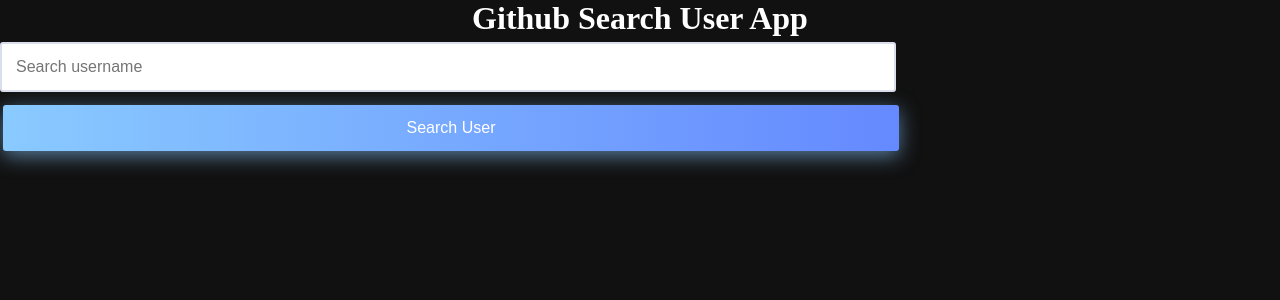
Repository: solox-cyber/Github-search-user
Page: index.html
The author's editor kept a copy of each file at every save. The page is drawn from the files as they stood at one save, then again after a run of saves.
The browser window is 1280 px wide. The pictures show the whole page.

Above is the page before, as saved 2023-03-25 18:51:11.

### index.html
<!DOCTYPE html>
<html lang="en">

<head>
    <meta charset="UTF-8">
    <meta http-equiv="X-UA-Compatible" content="IE=edge">
    <meta name="viewport" content="width=device-width, initial-scale=1.0">
    <title>Github Search User Using Github API</title>
    <link rel="stylesheet" href="style.css">
</head>

<body>
    <div class="container">
        <h1>
            Github Search User App
        </h1>
        <form id="myForm" autocomplete="off">
            <div class="form-group">
                <input type="text" name="" class="form-control" placeholder="Search username" id="search" required>
            </div>
            <div class="form-group">
                <button class="btn btn-danger btn-block">
                    Search User
                </button>
            </div>
        </form>

    <div id="result"></div>
    </div>


        <script src="script.js"></script>
</body>

</html>

### style.css
*{
    margin: 0;
    padding: 0;
    box-sizing: border-box;
}

body{
    background-color: #111;
    color: #fff;
    width: 100%;
    height:100vh
}
.container{
    position: relative;

}

.container h1{
    text-align: center;
}


form .form-group{
    align-items:center;
    justify-content: center;
}

input,
    button {
      width: 70%;
      border: none;
      padding: 14px;
      border-radius: 3px;
      margin: 3px;
      justify-content: center;
    }

    input {
        border: 2px solid #DADDEC;
        margin: 5px 0 10px;
        font-size: 1rem;
        color: #656880;
      }

      button {
        background-image: linear-gradient(to right, #89CAFF, #6589FF);
        display: block;
        color: #fff;
        font-size: 1rem;
        cursor: pointer;
        box-shadow: 0 5px 20px #89caff94;
        transition: box-shadow .3s ease-in-out;
      }

      button:hover {
        box-shadow: none;
      }

### script.js
var form = document.getElementById("myForm");

form.addEventListener('submit', function(e){
e.preventDefault();

var search = document.getElementById("search").value;

var originalName = search.split(' ').join(' ');

document.getElementById("result").innerHTML = "";
fetch("https://api.github.com/users/"+originalName)
.then(result=>result.json())
.then(data => {
    console.log(data);
    document.getElementById('result').innerHTML =`
   <a target="_blank" href="https://www.github.com/${originalName}"> <img src="${data.avatar_url}"/></a>
    `
})



})

After the next 2 saves:
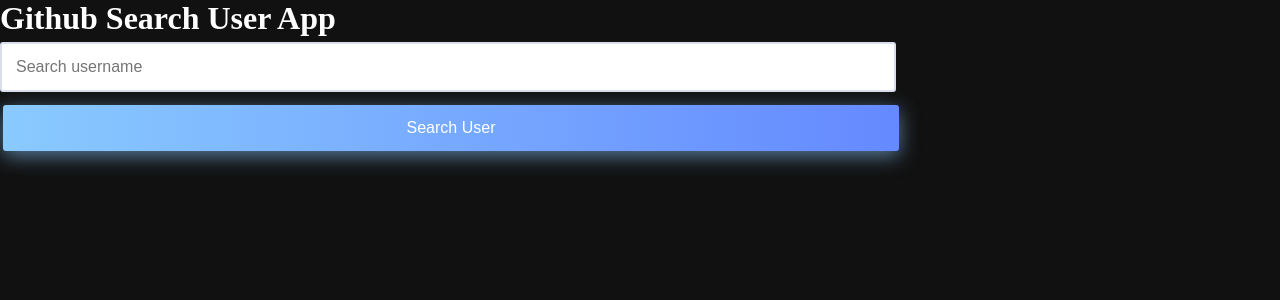
The 2 saves are shown as one change because they came seconds apart.
The last was saved 24 s later.
--- a/style.css
+++ b/style.css
@@ -15,15 +15,6 @@
 
 }
 
-.container h1{
-    text-align: center;
-}
-
-
-form .form-group{
-    align-items:center;
-    justify-content: center;
-}
 
 input,
     button {
